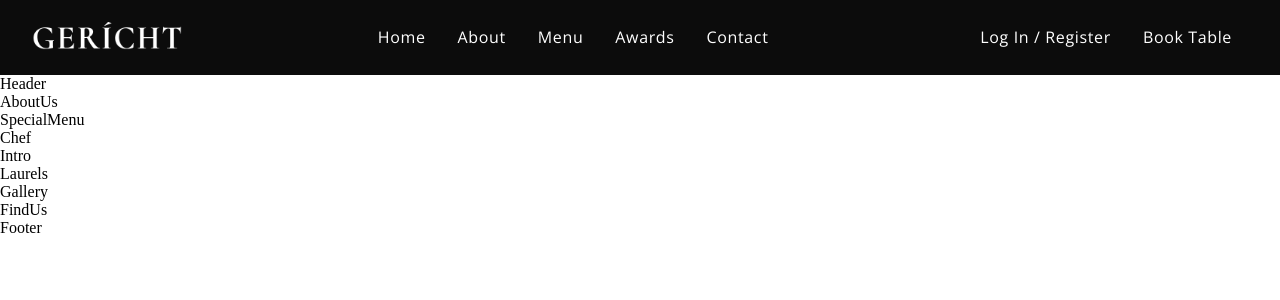
Repository: Isanderr/react-restaurant-page
Page: /
These files come from the project's save history. The page is drawn as it stood at one moment and after a run of saves; the edit follows.
The browser window is 1280 px wide. The pictures show the whole page.
Some web fonts or font styles are not loaded; a fallback is used. The project was rebuilt for these pictures with package versions that can differ from the ones it lists, and the page was loaded fresh each time. Also part of the build but not shown: src/components/SubHeading/SubHeading.jsx, src/components/Footer/Newsletter.jsx, src/components/Footer/FooterOverlay.jsx, src/components/Menuitem/MenuItem.jsx.

Above is the page before, as saved 2022-05-21 14:38:39.

### public/index.html
<!DOCTYPE html>
<html lang="en">
  <head>
    <meta charset="utf-8" />
    <link rel="icon" href="%PUBLIC_URL%/favicon.ico" />
    <meta name="viewport" content="width=device-width, initial-scale=1" />
    <meta name="theme-color" content="#000000" />
    <meta
      name="description"
      content="Web site created using create-react-app"
    />
    <link rel="apple-touch-icon" href="%PUBLIC_URL%/logo192.png" />
    <link rel="manifest" href="%PUBLIC_URL%/manifest.json" />
    <title>Restaurant Page</title>
  </head>
  <body>
    <noscript>You need to enable JavaScript to run this app.</noscript>
    <div id="root"></div>
  </body>
</html>

### src/index.js
import React from 'react';
import { createRoot } from 'react-dom/client';

import './index.css';
import App from './App';

const container = document.getElementById('root');
const root = createRoot(container);
root.render(<React.StrictMode>
  <App />
</React.StrictMode>);

### src/components/Navbar/Navbar.jsx
import React from 'react';
import {GiHamburgerMenu} from 'react-icons/gi';
import {MdOutlineRestaurantMenu} from 'react-icons/md';
import images from '../../constants/images';


import './Navbar.css';

const Navbar = () => (
  <nav className="app__navbar">
    <div className="app__navbar-logo">
      <img src={ images.gericht} alt="logo"/>
    </div>
    <ul className="app__navbar-links">
      <li className="p__opensans"><a href="#home">Home</a></li>
      <li className="p__opensans"><a href="#about">About</a></li>
      <li className="p__opensans"><a href="#menu">Menu</a></li>
      <li className="p__opensans"><a href="#awards">Awards</a></li>
      <li className="p__opensans"><a href="#contact">Contact</a></li>
    </ul>
    <div className="app__navbar-login">
      <a href="#login" className="p__opensans">Log in / Register</a>
      <div/>
      <a href="/" className="p__opensans">Book Table</a>
    </div>
    <div className="app__navbar-smallscreen">

    </div>
  </nav>
);

export default Navbar;

### src/constants/images.js
import bg from '../assets/bg.png';
import chef from '../assets/chef.png';
import G from '../assets/G.png';
import gallery01 from '../assets/gallery01.png';
import gallery02 from '../assets/gallery02.png';
import gallery03 from '../assets/gallery03.png';
import gallery04 from '../assets/gallery04.png';
import knife from '../assets/knife.png';
import logo from '../assets/logo.png';
import menu from '../assets/menu.png';
import overlaybg from '../assets/overlaybg.png';
import spoon from '../assets/spoon.svg';
import welcome from '../assets/welcome.png';
import findus from '../assets/findus.png';
import laurels from '../assets/laurels.png';
import award01 from '../assets/award01.png';
import award02 from '../assets/award02.png';
import award03 from '../assets/award03.png';
import award05 from '../assets/award05.png';
import sign from '../assets/sign.png';
import quote from '../assets/quote.png';
import gericht from '../assets/gericht.png';

export default {
  bg,
  chef,
  G,
  gallery01,
  gallery02,
  gallery03,
  gallery04,
  knife,
  logo,
  menu,
  overlaybg,
  spoon,
  welcome,
  findus,
  laurels,
  award01,
  award02,
  award03,
  award05,
  sign,
  quote,
  gericht,
};

### src/components/Navbar/Navbar.css
.app__navbar {
    width: 100%;
    display: flex;
    justify-content: space-between;
    align-items: center;
    background: var(--color-black);
    padding: 1rem 2rem;
}

.app__navbar-logo{
    display: flex;
    justify-content: flex-start;
    align-items: center;
}

.app__navbar-logo img {
    width: 150px;
}

.app__navbar-links {
    flex: 1;
    display: flex;
    justify-content: center;
    align-items: center;

    list-style: none;
}
.app__navbar-links li{
    margin: 0 1rem;
    cursor: pointer;
}

.app__navbar-links li:hover{
    color: var(--color-grey)
}

.app__navbar-login{
    display: flex;
    justify-content: flex-end;
    align-items: center;
}

.app__navbar-login a{
    margin: 0 1rem;
    text-decoration: none;
    transition: 0.5s ease;
}
.app__navbar-login a:hover {
    border-bottom: 1px solid var(--color-golden);
}

.app_navbar-login div {
    width: 1px;
    height: 30px;
    background-color: var(--color-grey);
}

Loaded but not shown: src/index.css (common file); src/App.js (common file); src/container/index.js (common file); src/components/index.js (common file); src/App.css (common file); src/container/AboutUs/AboutUs.jsx (common file); src/container/Chef/Chef.jsx (common file); src/container/Findus/FindUs.jsx (common file); src/container/Footer/Footer.jsx (common file); src/container/Gallery/Gallery.jsx (common file); src/container/Header/Header.jsx (common file); src/container/Intro/Intro.jsx (common file); src/container/Laurels/Laurels.jsx (common file); src/container/Menu/SpecialMenu.jsx (common file); src/components/Footer/FooterOverlay.css (no stored copy; drawn as an empty file); src/components/Footer/Newsletter.css (no stored copy; drawn as an empty file); src/components/Menuitem/MenuItem.css (no stored copy; drawn as an empty file); src/container/AboutUs/AboutUs.css (no stored copy; drawn as an empty file); src/container/Chef/Chef.css (no stored copy; drawn as an empty file); src/container/Footer/Footer.css (no stored copy; drawn as an empty file); src/container/Gallery/Gallery.css (no stored copy; drawn as an empty file); src/container/Header/Header.css (no stored copy; drawn as an empty file); src/container/Intro/Intro.css (no stored copy; drawn as an empty file); src/container/Laurels/Laurels.css (no stored copy; drawn as an empty file); src/container/Menu/SpecialMenu.css (no stored copy; drawn as an empty file)

After the next 2 saves:
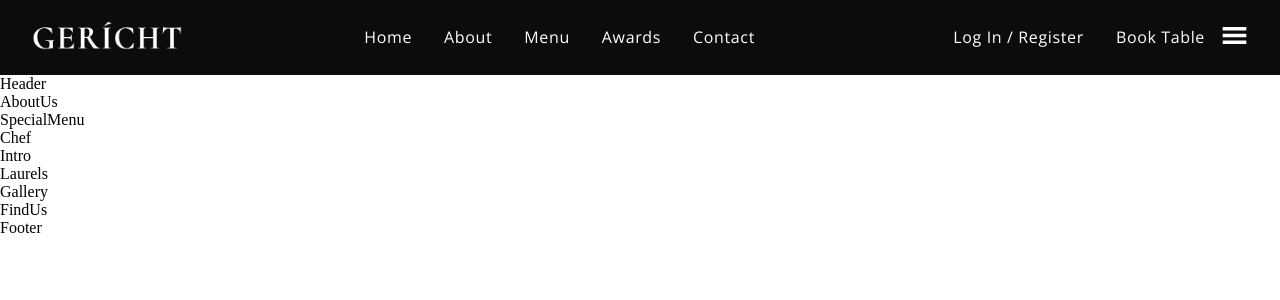
The 2 saves are shown as one change because 1 did not build or start.
The last was saved 101 s later.
--- a/src/components/Navbar/Navbar.jsx
+++ b/src/components/Navbar/Navbar.jsx
@@ -24,7 +24,7 @@ const Navbar = () => (
       <a href="/" className="p__opensans">Book Table</a>
     </div>
     <div className="app__navbar-smallscreen">
-
+      <GiHamburgerMenu color="#fff" fontSize={27} onClick={()=>{}} />
     </div>
   </nav>
 );
